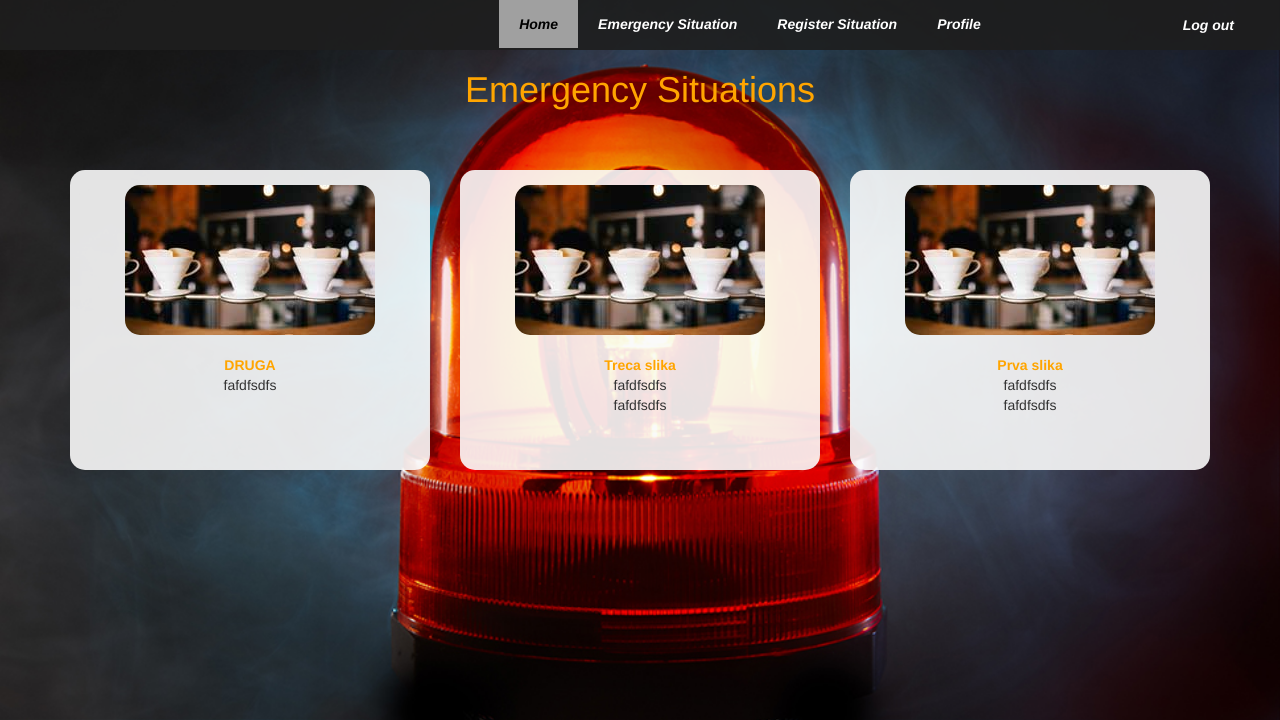
Repository: majamiljic/WebProgramming
Page: emergencySituations/WebContent/situations.html
An editor plug-in stored every save of this project. The page is shown before and after the next save, followed by the edit.
The browser window is 1280 px wide. The pictures show the whole page.

Above is the page before, as saved 2018-01-26 15:24:16.

### emergencySituations/WebContent/situations.html
<!DOCTYPE html>
<html>
    <head>
        <title>Emergency Situations</title>
        <link href="css/layout.css" rel="stylesheet">
        <link href="css/bootstrap.min.css" rel="stylesheet">
		<script src="js/jquery-3.2.1.min.js"></script>
		<script type="text/javascript" src="js/controllers/logout.js"></script>
    </head>
    <body style="background-color: black">
        <ul>
            <li><a class="active" href="situations.html">Home</a></li>
            <li><a href="emergencySituation.html">Emergency Situation</a></li>
            <li><a href="registerSituation.html">Register Situation</a></li>
            <li><a href="profile.html">Profile</a></li>
            <li style="float: right; margin-right: 20px;">
				<a>
					<button type="submit" style="background: none; border:none" onclick="logout()">Log out</button>
				</a>
			</li>
        </ul>

		<h1 style="text-align: center; color: orange">Emergency Situations</h1>

		<div class="mainDiv">
			<div class="row" align="center">
				<div class="col-sm-4">
					<div class="imgCont">
						<div class="imgDiv">
							<a href="#">
								<img src="img/2.jpg" style="border-radius: 15px;">
							</a>
						</div>
						<div class="descDiv">
							<p>
								<a href="#" style="text-decoration : none">
									<b style="color:orange"> DRUGA </b>
								</a>
								<br>
								fafdfsdfs
							</p>
						</div>
					</div>
				</div>
				<div class="col-sm-4">
					<div class="imgCont">
						<div class="imgDiv">
							<a href="#">
								<img src="img/2.jpg" style="border-radius: 15px;">
							</a>
						</div>
						<div class="descDiv">
							<p>
								<a href="#" style="text-decoration : none">
									<b style="color:orange"> Treca slika </b>
								</a>
								<br>
								fafdfsdfs <br>
								fafdfsdfs <br>
							</p>
						</div>
					</div>
				</div>
				<div class="col-sm-4">
					<div class="imgCont">
						<div class="imgDiv">
							<a href="#">
								<img src="img/2.jpg" style="border-radius: 15px;">
							</a>
						</div>
						<div class="descDiv">
							<p>
								<a href="#" style="text-decoration : none">
									<b style="color:orange"> Prva slika </b>
								</a>
								<br>
								fafdfsdfs <br>
								fafdfsdfs <br>
							</p>
						</div>
					</div>
				</div>
			</div>
		</div>

    </body>
</html>

### emergencySituations/WebContent/css/layout.css
body {
	background-image: url(../img/3.jpg);
	background-repeat: no-repeat;
    background-size: cover;
    background-attachment: fixed;
}

/*****  MENU  *****/
ul {
    list-style-type: none;
    margin: 0;
    padding-left: 39%;
    overflow: hidden;
    background-color: rgba(31, 31, 31, 0.9);
}

li {
    float: left;
}

li a {
    display: block;
    color: white;
    text-align: center;
    padding: 14px 20px;
    text-decoration: none;
    font-style: italic;
    font-weight: bold;
}

li a:hover {
    color: black;
    text-decoration: none;
    background-color: rgba(240,240,240,0.9);
}

.active {
    background-color: rgb(160,160,160);
    color: black;
}

/*****  INDEX  *****/
.logoDiv {
	margin-left: 42%;
	margin-top: 25px;
}

.mainDiv {
    padding: 30px 70px 50px 70px;
    /* background-color: rgba(250,250,250,0.8); */
    border-radius: 25px;
	max-height: 800px;
	overflow-y: scroll;
	overflow-y:auto;
}

.imgDiv {
	max-height: 70%;
  	overflow: hidden;
	padding-top: 15px;
	padding-bottom: 10px;
}

.descDiv {
	padding-top: 10px;
	padding-bottom: 10px;
	max-height: 40%;
	overflow-y: scroll;
	overflow-y:auto;
}

.imgCont {
    background-color: rgba(250,250,250,0.9);
	height: 300px;
	border-radius: 15px;
	margin-top: 20px;
}

/*****  LOG IN  *****/
.loginDiv {
    margin: 70px 30% 50px 30%;
    padding: 30px 70px 50px 70px;
    background-color: rgba(250,250,250,0.8);
	border-radius: 15px;
}

/*****  SIGN UP  *****/
.signUpDiv {
    margin: 70px 30% 50px 30%;
    padding: 30px 70px 50px 70px;
    background-color: rgba(250,250,250,0.8);
	border-radius: 15px;
}

.signUpImg {
    background-color: rgb(250,250,250);
	height: 220px;
	border-radius: 5px;
	padding: 20px 70px 20px 70px;
}

.chooseFileButton {
	background-color: #ccc;
	border-radius: 5px;
    display: inline-block;
    padding: 6px 12px;
    cursor: pointer;
	width: 100%;
	text-align: center;
	margin-top: 5px;
}

/*****  EMERGENCY SITUATION  *****/
.situationWrapper {
	width: 80%;
	margin: 50px auto;
}

.situationDataDiv {
	float: left;
  	overflow: hidden;
	margin-right: 20px;
    padding: 10px 20px 30px 20px;
    background-color: rgba(250,250,250,0.8);
	border-radius: 15px;
}

.commentsDiv {
  	overflow: hidden;
    padding: 30px 70px 50px 70px;
    background-color: rgba(250,250,250,0.8);
	border-radius: 15px;
	max-width: 800px;
	max-height: 700px;
	overflow-y: scroll;
	overflow-y:auto;
}

.commentDiv {
	max-height: 110px;
	width: 100%;
	padding: 15px;
	overflow-y: scroll;
	overflow-y:auto;
}

.commentPictureDiv {
	float: left;
  	overflow: hidden;
    background-color: rgba(250,250,250,0.6);
	height: 60px;
	width: 85px;
	border-radius: 5px;
}

.tip {
  width: 0px;
  height: 0px;
  position: absolute;
  background: transparent;
  border: 10px solid #ccc;
}

.tip-left {
  top: 10px;
  left: -25px;
  border-top-color: transparent;
  border-left-color: transparent;
  border-bottom-color: transparent;
}

.dialogbox .commentBody {
	position: relative;
	float: right;
	width: 80%;
	padding: 5px;
	background-color: #DADADA;
	border-radius: 3px;
	border: 5px solid #ccc;
}

.commentBody .message {
	min-height: 30px;
	border-radius: 3px;
	font-family: Arial;
	font-size: 14px;
	line-height: 1.5;
	color: #797979;
}

### emergencySituations/WebContent/js/controllers/logout.js
function logout() {
	var us = localStorage;

	$.ajax({
		type : 'POST',
		url : "rest/users/logout",
		success : function() {
			us.setItem("loggedUser", {});
			window.location.replace("index.html");
		}
	});
}

Loaded but not shown: emergencySituations/WebContent/css/bootstrap.min.css (library); emergencySituations/WebContent/js/jquery-3.2.1.min.js (library)

After the next save:
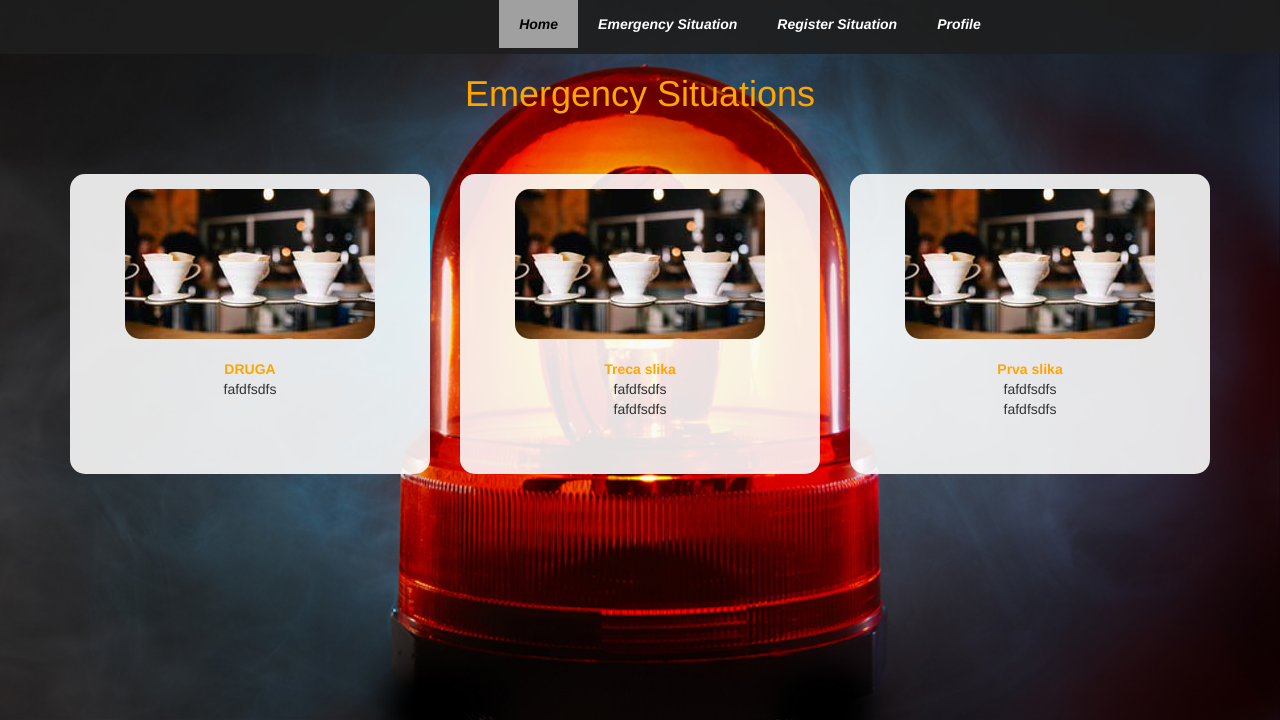
Saved 54 s later.
--- a/emergencySituations/WebContent/situations.html
+++ b/emergencySituations/WebContent/situations.html
@@ -15,7 +15,7 @@
             <li><a href="profile.html">Profile</a></li>
             <li style="float: right; margin-right: 20px;">
 				<a>
-					<button type="submit" style="background: none; border:none" onclick="logout()">Log out</button>
+					<button type="submit" style="visibility:hidden" onclick="logout()">Log out</button>
 				</a>
 			</li>
         </ul>

After the save that followed:
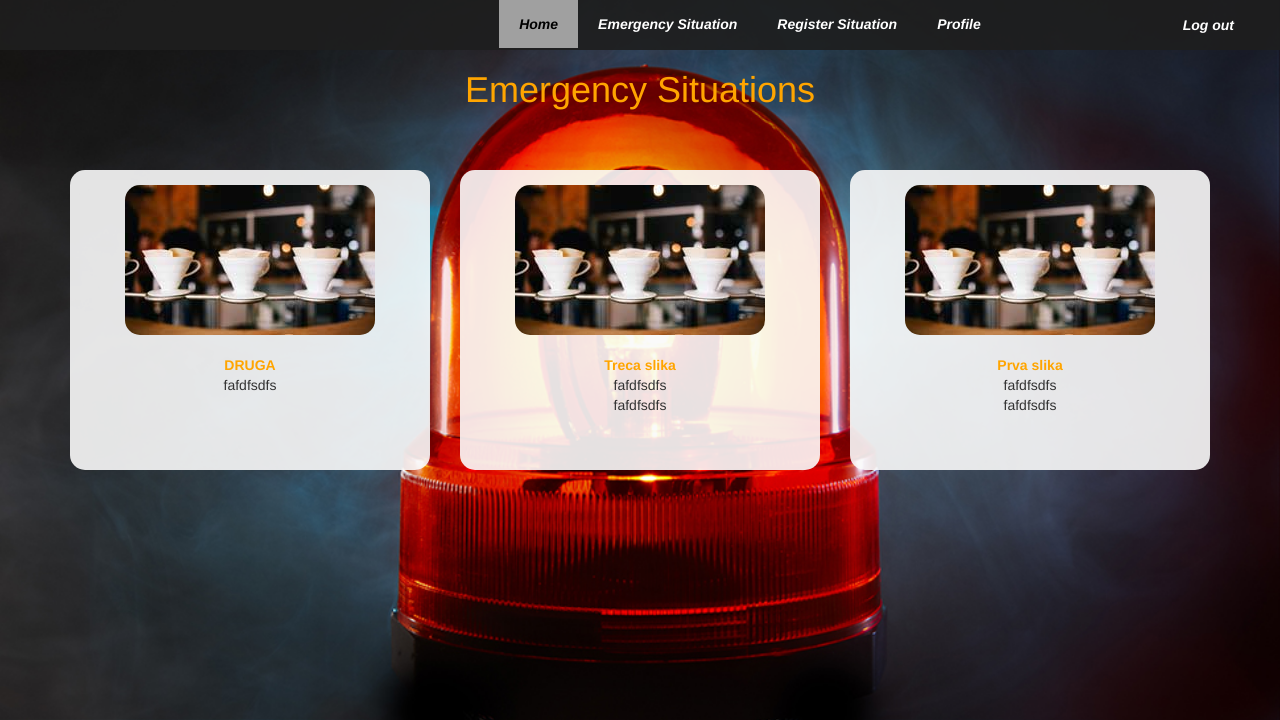
Saved 20 s later.
--- a/emergencySituations/WebContent/situations.html
+++ b/emergencySituations/WebContent/situations.html
@@ -15,7 +15,7 @@
             <li><a href="profile.html">Profile</a></li>
             <li style="float: right; margin-right: 20px;">
 				<a>
-					<button type="submit" style="visibility:hidden" onclick="logout()">Log out</button>
+					<button type="submit" style="background: none; border:none" onclick="logout()">Log out</button>
 				</a>
 			</li>
         </ul>
